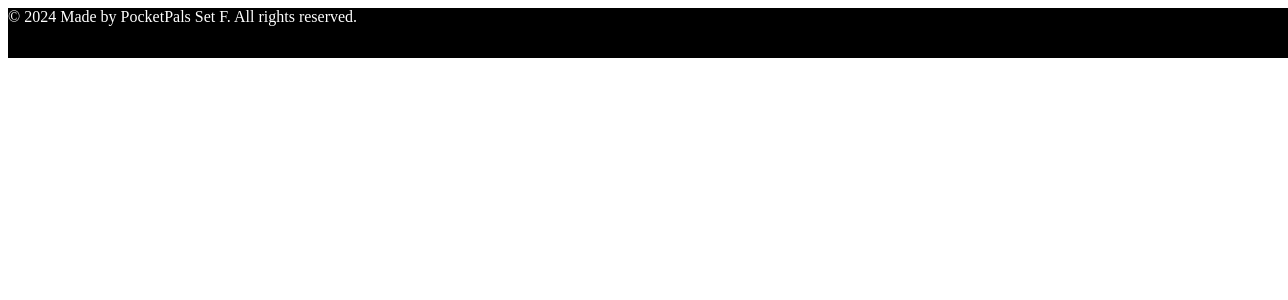
Repository: klee616/style-guideline
Page: index.html
These files come from the project's save history. The page is drawn as it stood at one moment and after the next save; the edit follows.
The browser window is 1280 px wide. The page is 1288 px wide, then 1280 px, so the pictures cover 1288 px, including what lies to the right of the window. The pictures show the whole page.

Above is the page before, as saved 2024-04-05 19:36:50.

After the next save:
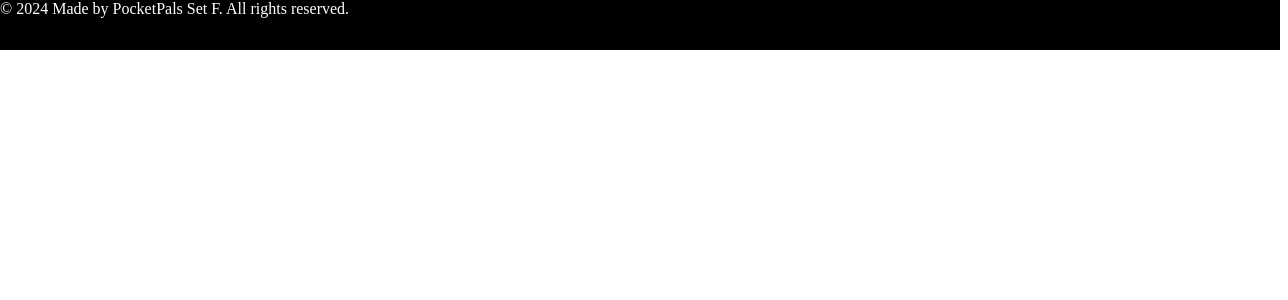
Saved 27 s later.
--- a/css/styles.css
+++ b/css/styles.css
@@ -3,6 +3,10 @@
     --main-footer-color: rgb(255, 255, 255);
 }
 
+body{
+    margin: 0 auto;
+    padding: 0px;
+}
 
 footer {
     background: var(--main-footer-background-color);
